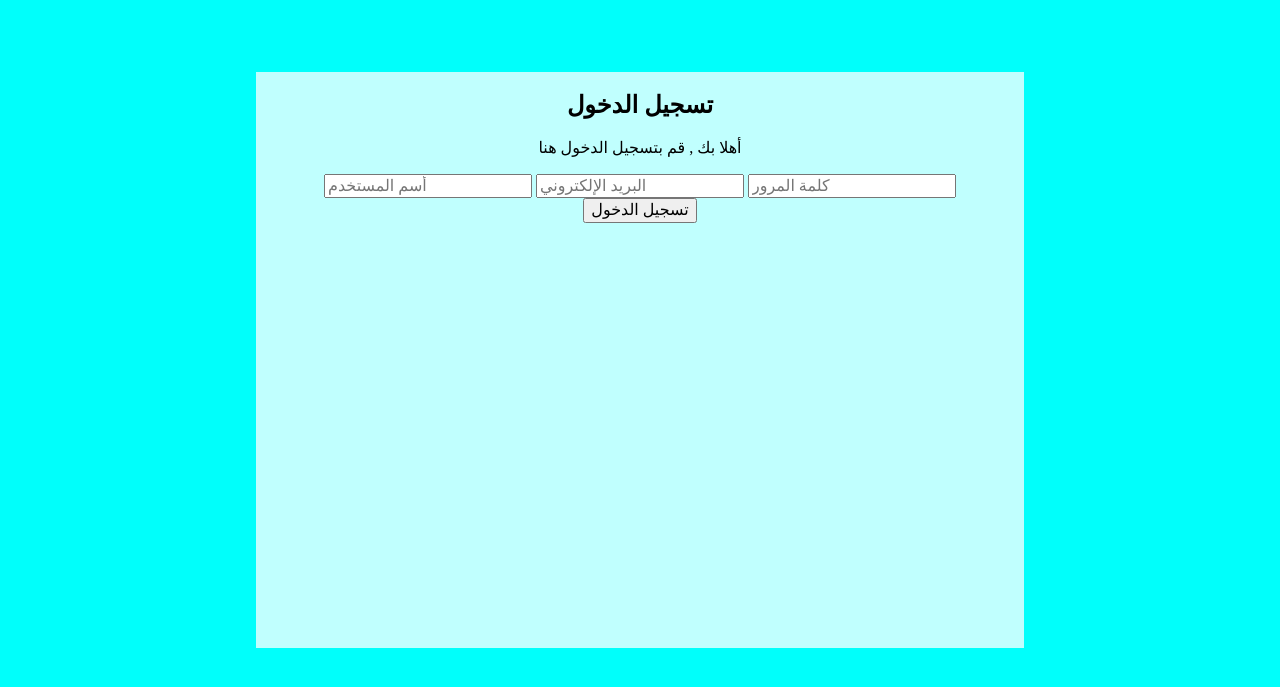
Repository: FaisalFahed/login-page
Page: html/صفحة تسجيل دخول.html
These files come from the project's save history. The page is drawn as it stood at one moment and after a run of saves; the edit follows.
The browser window is 1280 px wide. The pictures show the whole page.
Some web fonts or font styles are not loaded; a fallback is used.

Above is the page before, as saved 2025-04-01 08:07:53.

After the next 2 saves:
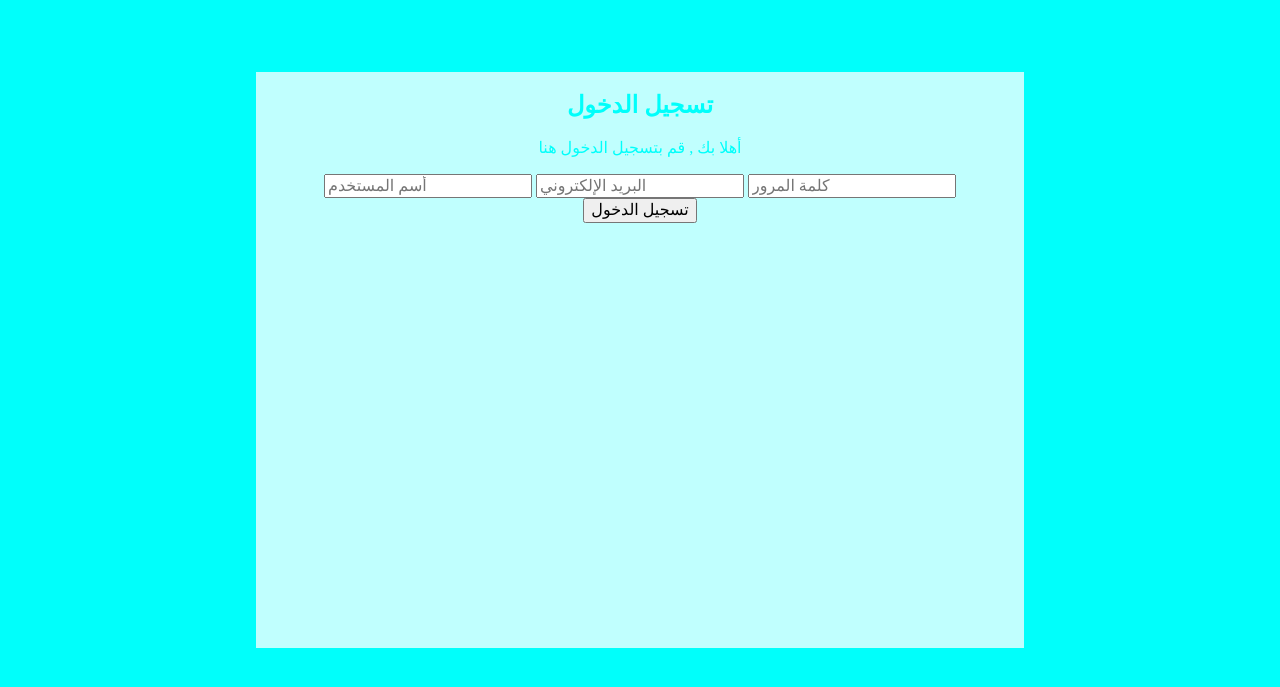
The 2 saves are shown as one change because they came seconds apart.
The last was saved 12 s later.
--- a/css/صفحة تسجيل دخول.css
+++ b/css/صفحة تسجيل دخول.css
@@ -47,7 +47,7 @@
 }
 
 .text{
-
+    color: #00fffb;
 }
 
 /* @media (min-width:768px){

After the 3 saves that followed:
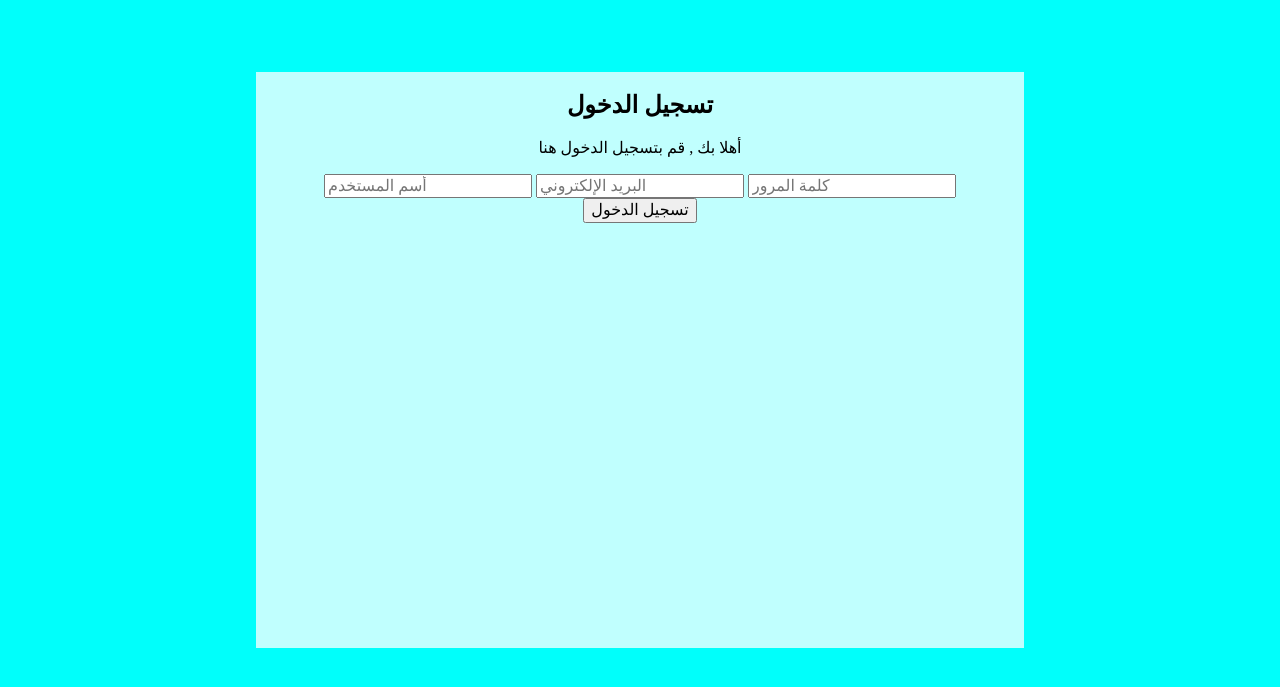
The 3 saves are shown as one change because they came seconds apart.
The last was saved 11 s later.
--- a/css/صفحة تسجيل دخول.css
+++ b/css/صفحة تسجيل دخول.css
@@ -47,7 +47,7 @@
 }
 
 .text{
-    color: #00fffb;
+
 }
 
 /* @media (min-width:768px){
